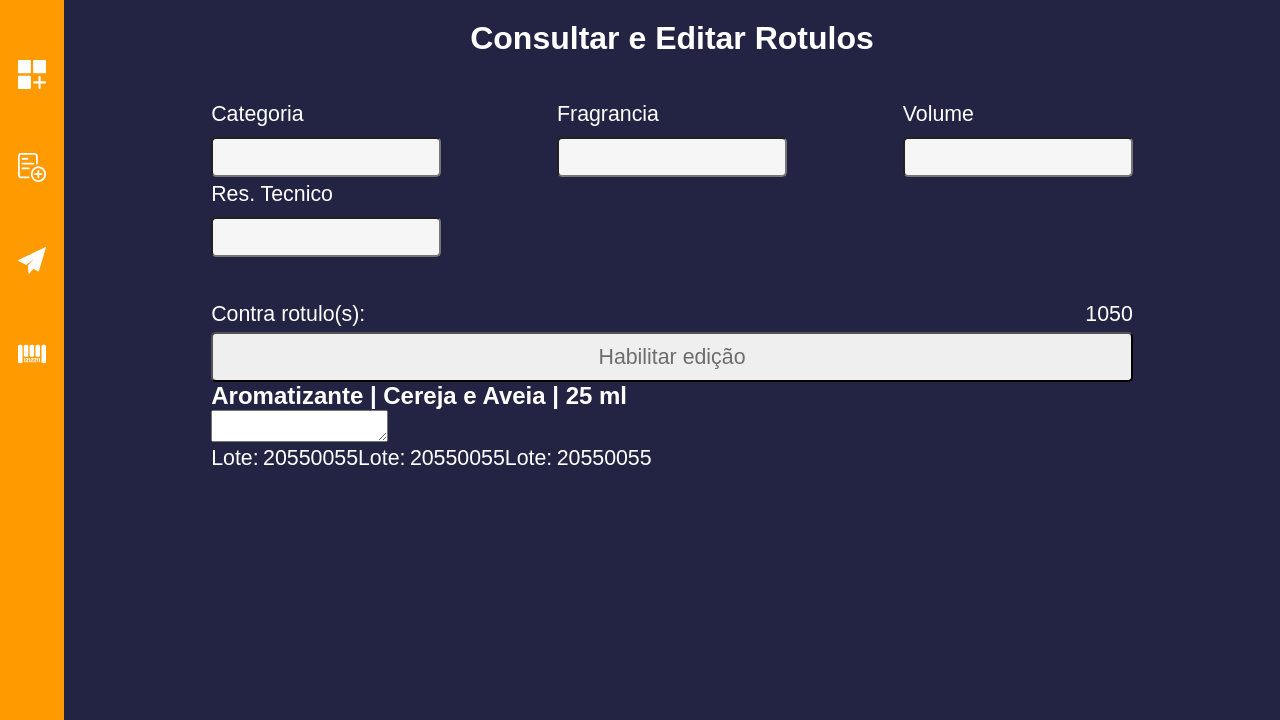
Repository: jeanjanrley/Organizador-de-rotulos
Page: /consultar
The author's editor kept a copy of each file at every save. The page is drawn from the files as they stood at one save, then again after a run of saves.
The browser window is 1280 px wide. The pictures show the whole page.
The project was rebuilt for these pictures with package versions that can differ from the ones it lists, and the page was loaded fresh each time. Also part of the build but not shown: src/pages/home/Home.js.

Above is the page before, as saved 2021-06-26 16:03:39.

After the next 2 saves:
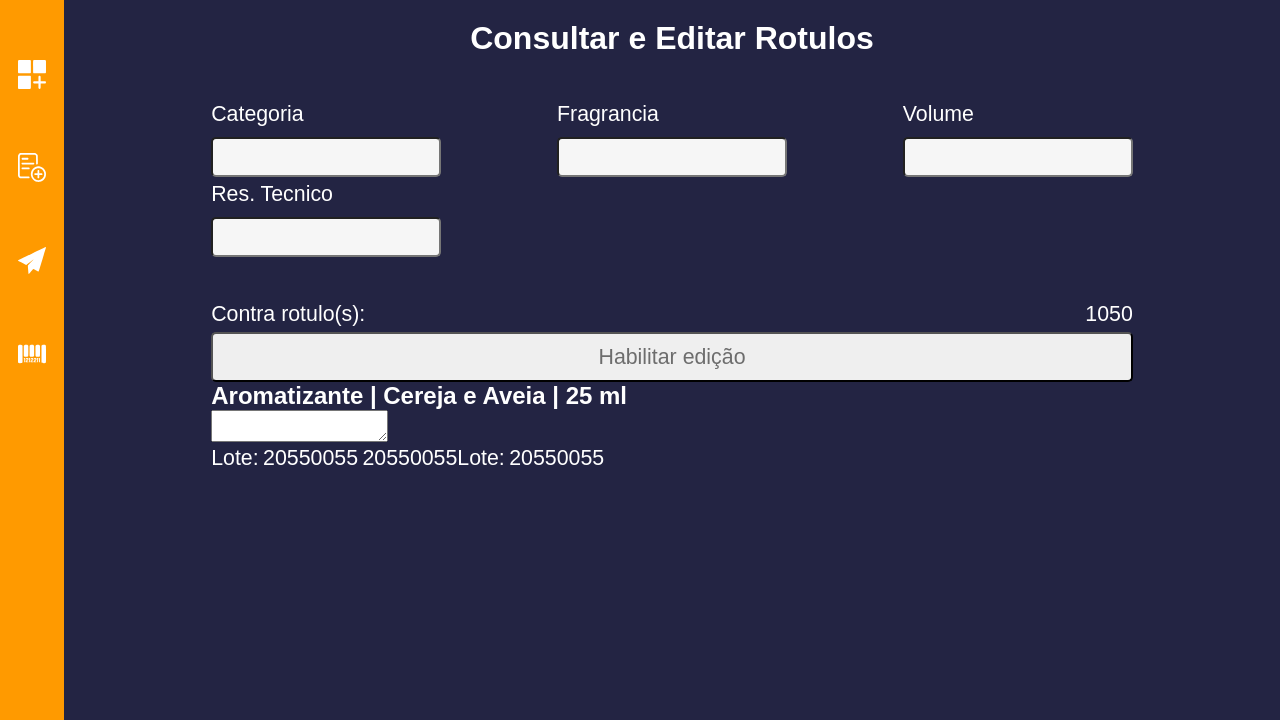
The 2 saves are shown as one change because they came seconds apart.
The last was saved 5 s later.
--- a/src/components/rotulo/index.js
+++ b/src/components/rotulo/index.js
@@ -9,7 +9,7 @@ export default function Rotulo(props){
                 <div clasName="rotulo-dados">
                     <div>
                         <span>Lote:</span> <span>20550055</span>
-                        <span>Lote:</span> <span>20550055</span>
+                        <span></span> <span>20550055</span>
                         <span>Lote:</span> <span>20550055</span>
                     </div>
                 </div>
